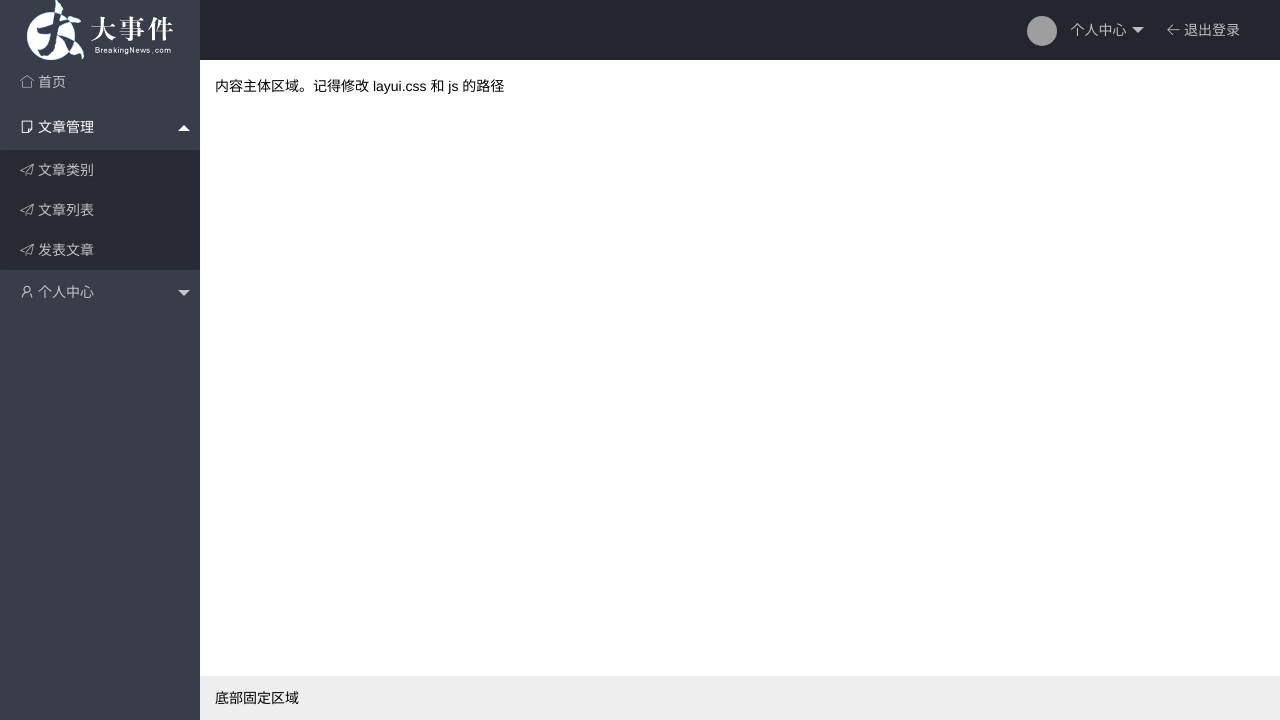
Repository: R1Deemo/Main-project
Page: index.html
An editor plug-in stored every save of this project. The page is shown before and after the next save, followed by the edit.
The browser window is 1280 px wide. The pictures show the whole page.
Pictures or frames that could not be fetched are drawn as grey boxes.

Above is the page before, as saved 2022-10-30 17:33:40.

After the next save:
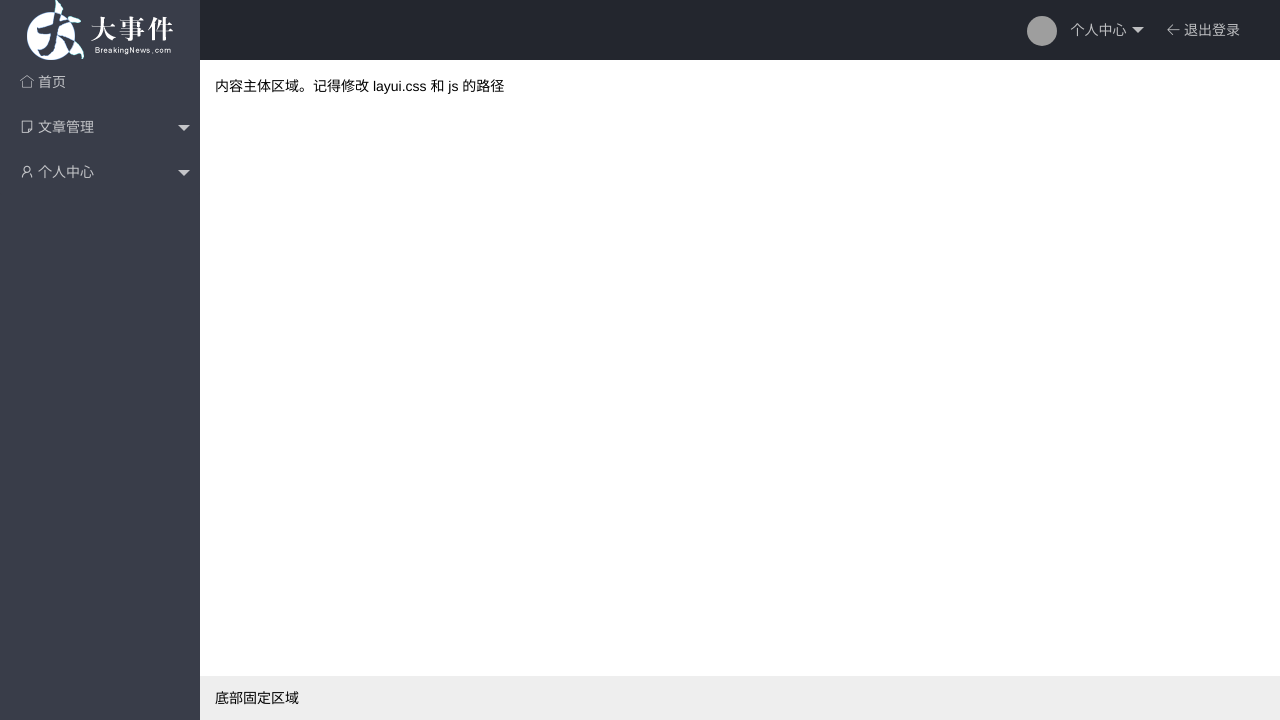
Saved 46 s later.
--- a/index.html
+++ b/index.html
@@ -54,7 +54,7 @@
                 <!-- 左侧导航区域（可配合layui已有的垂直导航） -->
                 <ul class="layui-nav layui-nav-tree" lay-filter="test">
                     <li class="layui-nav-item"> <a href="javascript:;"><i class="layui-icon layui-icon-home"></i> 首页</a></li>
-                    <li class="layui-nav-item layui-nav-itemed">
+                    <li class="layui-nav-item">
                         <a class="" href="javascript:;"> <i class="layui-icon layui-icon-file-b"></i> 文章管理</a>
                         <dl class="layui-nav-child">
                             <dd><a href="javascript:;"><i class="layui-icon layui-icon-release"></i> 文章类别</a></dd>
